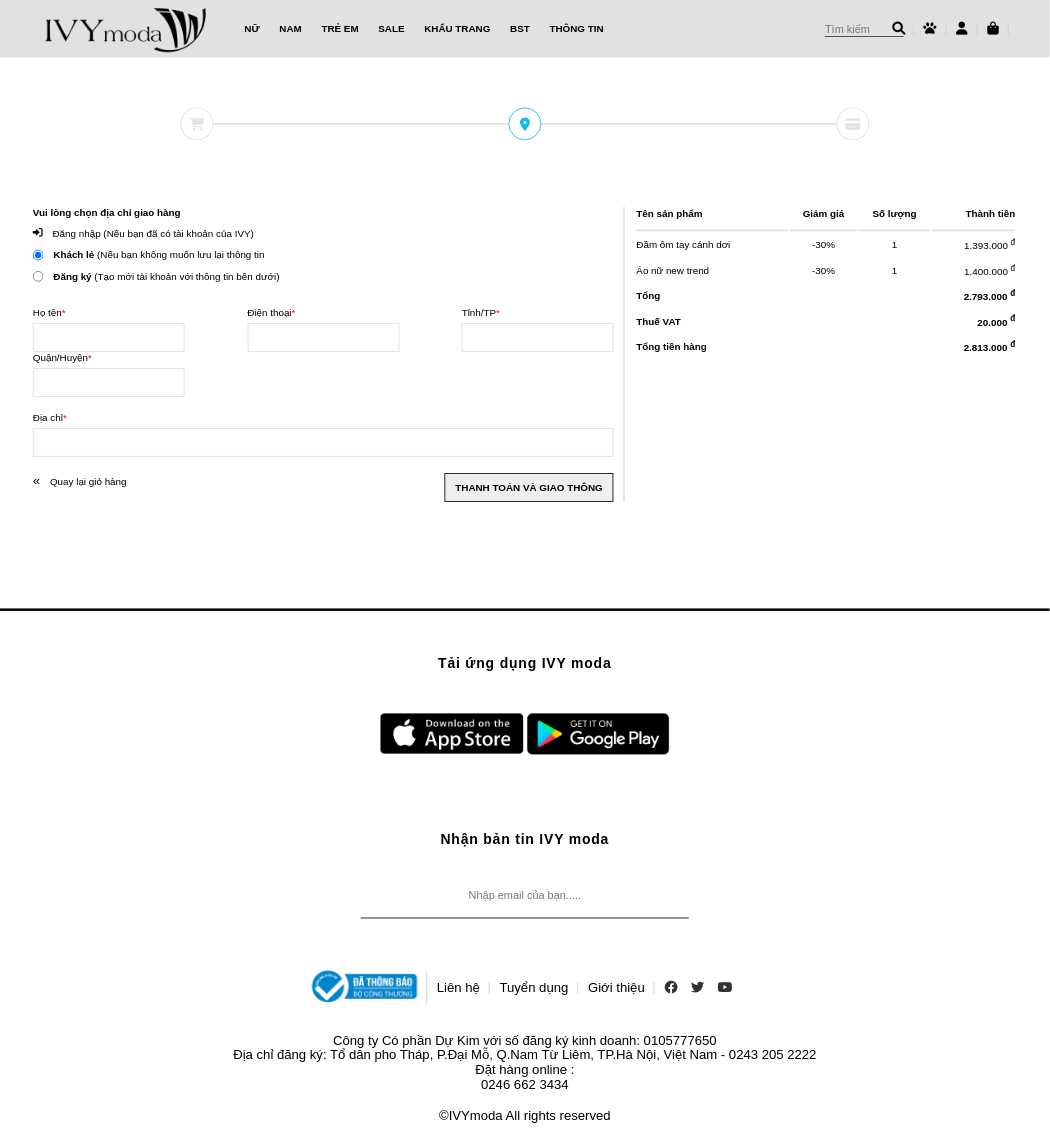
Repository: dinhvanbinh2310/ivy-moda
Page: payment.html
The author's editor kept a copy of each file at every save. The page is drawn from the files as they stood at one save, then again after the next save.
The browser window is 1280 px wide. The pictures show the whole page, at 82% of full size.

Above is the page before, as saved 2022-05-08 22:40:29.

After the next save:
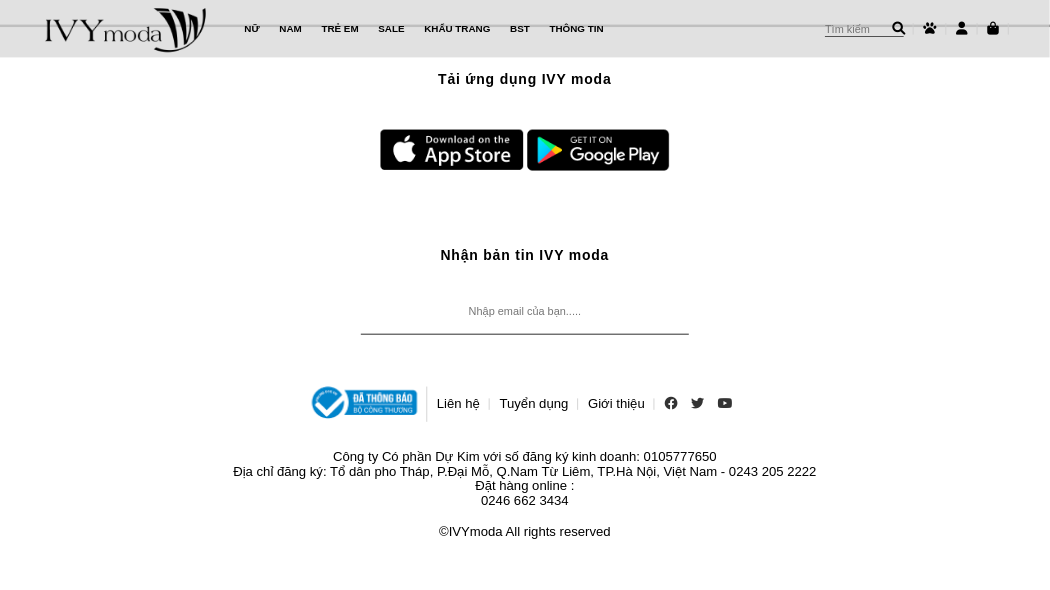
Saved 7 s later.
--- a/payment.html
+++ b/payment.html
@@ -73,103 +73,7 @@
     </div>
 </header>
 <!-----------------------------delivery----------------------------->
-<section class="delivery">
-    <div class="container">
-        <div class="delivery-top-wrap">
-            <div class="delivery-top">
-              <div class="delivery-top-delivery delivery-top-item">
-                <i class="fa-solid fa-cart-shopping "></i>
-              </div>
-              <div class="delivery-top-adress delivery-top-item">
-                <i class="fa-solid fa-location-dot"></i>
-              </div>
-              <div class="delivery-top-payment delivery-top-item">
-                <i class="fa-solid fa-credit-card "></i>
-              </div>
-            </div>
-    </div>
-    </div>
-    <div class="container">
-        <div class="delivery-content row">
-            <div class="delivery-content-left">
-               <p>Vui lòng chọn địa chỉ giao hàng </p>
-            <div class="delivery-content-left-signin row">
-                <i class="fa-solid fa-right-to-bracket"></i>
-                <p>Đăng nhập (Nếu bạn đã có tài khoản của IVY)</p>
-            </div>
-            <div class="delivery-content-left-strange-customers row">
-                <input checked name="loaikhach" type="radio">
-                <p>  <span style="font-weight: bold;">  Khách lẻ</span> (Nếu bạn không muốn lưu lại thông tin</p>
-            </div>
-                <div class="delivery-content-left-signup row">
-                    <input name="loaikhach" type="radio">
-                    <p>  <span style="font-weight: bold;"> Đăng ký </span>(Tạo mới tài khoản với thông tin bên dưới)
-                    </p>
-                </div>
-                <div class="delivery-content-left-input-top row">
-                    <div class="delivery-content-left-input-top-item">
-                        <label for="">Họ tên<span style="color: red;">*</span></label>
-                        <input type="text">
-                    </div>
-                    <div class="delivery-content-left-input-top-item">
-                        <label for="">Điện thoại<span style="color: red;">*</span></label>
-                        <input type="text">
-                    </div>
-                    <div class="delivery-content-left-input-top-item">
-                        <label for="">Tỉnh/TP<span style="color: red;">*</span></label>
-                        <input type="text">
-                    </div>
-                    <div class="delivery-content-left-input-top-item">
-                        <label for="">Quận/Huyện<span style="color: red;">*</span></label>
-                        <input type="text">
-                    </div>
-                </div>
-                <div class="delivery-content-left-input-input-bottom">
-                    <label for="">Địa chỉ<span style="color: red;">*</span></label>
-                    <input type="text">
-                </div>
-                <div class="delivery-content-left-button row">
-                    <a href=""> <span>&#171;</span><p>Quay lại giỏ hàng</p></a>
-                    <button><p style="font-weight: bold;">THANH TOÁN VÀ GIAO THÔNG</p> </button>
-                </div>
-            </div>
-            <div class="delivery-content-right">
-                <table>
-                    <tr>
-                    <th>Tên sản phẩm</th>
-                    <th>Giảm giá</th>
-                    <th>Số lượng</th>
-                    <th>Thành tiền</th>
-                   </tr>
-                   <tr>
-                       <td>Đầm ôm tay cánh dơi</td>
-                       <td>-30%</td>
-                       <td>1</td>
-                       <td><p>1.393.000 <sup>đ</sup></p></td>
-                   </tr>
-                   <tr>
-                    <td>Áo nữ new trend</td>
-                    <td>-30%</td>
-                    <td>1</td>
-                    <td><p>1.400.000 <sup>đ</sup></p></td>
-                </tr>
-                <tr>
-                    <td style="font-weight: bold;" colspan="3">Tổng</td>
-                    <td style="font-weight: bold;"><p>2.793.000 <sup>đ</sup></p></td>
-                </tr>
-                <tr>
-                    <td style="font-weight: bold;" colspan="3">Thuế VAT</td>
-                    <td style="font-weight: bold;"><p>20.000 <sup>đ</sup></p></td>
-                </tr>
-                <tr>
-                    <td style="font-weight: bold;" colspan="3">Tổng tiền hàng</td>
-                    <td style="font-weight: bold;"><p>2.813.000 <sup>đ</sup></p></td>
-                </tr>
-                </table>
-            </div>
-        </div>
-    </div>
-</section>
+
 
 
 <div class="dot-horizontal">
